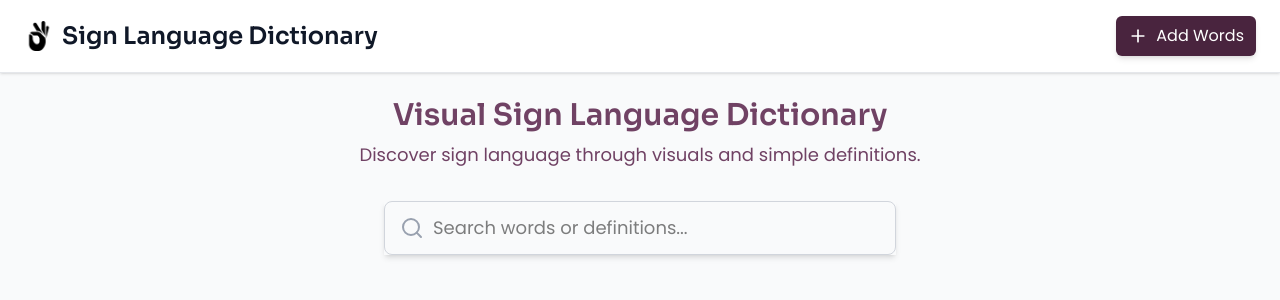
Repository: jabir12-12/sign-setu
Page: /
These files come from the project's save history. The page is drawn as it stood at one moment and after the next save; the edit follows.
The browser window is 1280 px wide. The pictures show the whole page.
The project was rebuilt for these pictures with package versions that can differ from the ones it lists, and the page was loaded fresh each time. The framework's server and built-in components were replaced by stand-ins that run in the browser. Also part of the build but not shown: next.config.ts.

Above is the page before, as saved 2025-05-27 16:25:45.

### app/page.tsx
'use client';
import React from 'react';
import Image from 'next/image';
import { Plus, Search } from 'lucide-react';

export default function StockDashboard() {
  return (
    <div className="bg-gray-50 min-h-screen flex flex-col">
      {/* Header */}
      <header className="sticky top-0 z-10 flex flex-wrap justify-between items-center px-4 md:px-6 py-3 md:py-4 bg-white border-b border-gray-200 shadow-sm">
        {/* Left: Logo & Title */}
        <div className="flex items-center space-x-2 mb-2 md:mb-0 justify-center">
          <Image
            src="/images/ok.png"
            alt="Logo icon"
            width={30}
            height={30}
          />
          <h1 className="text-gray-900 font-semibold text-lg md:text-2xl whitespace-nowrap">
            Sign Language Dictionary
          </h1>
        </div>

        {/* Right: Add Button */}
        <div className="flex items-center gap-2">
          <button className="bg-[#49243E] text-white px-3 py-2 rounded-full md:rounded-md flex items-center justify-center hover:bg-[#704264] transition-colors duration-200 shadow-md hover:shadow-md">
            <Plus className="w-5 h-5" />
            <span className="hidden md:inline ml-2">Add Words</span>
          </button>
        </div>
      </header>

      {/* Centered Search Bar */}
      <div className="text-center mt-6 px-4">
        <h2 className="text-2xl md:text-3xl font-semibold text-[#704264]">
          Visual Sign Language Dictionary
        </h2>
        <p className="text-md md:text-lg text-[#704264] mt-2">
          Discover sign language through visuals and simple definitions.
        </p>
      </div>

      <div className="flex justify-center mt-8 px-4">
        <div className="relative w-full max-w-lg shadow-md">
          <span className="absolute inset-y-0 left-0 pl-4 flex items-center text-gray-400">
            <Search className="w-6 h-6" /> {/* Bigger icon */}
          </span>
          <input
            type="text"
            placeholder="Search words or definitions..."
            className="w-full pl-12 pr-5 py-3 text-lg border border-gray-300 rounded-lg focus:outline-none focus:ring-2 focus:ring-[#BB8493] focus:border-[#BB8493] hover:border-gray-400 transition-all duration-200"
          />
        </div>
      </div>

    </div>
  );
}

### app/globals.css
@import url('https://fonts.googleapis.com/css2?family=Poppins:wght@400;500;600&family=Inter:wght@400;500;600&family=Sora:wght@400;500;600;700;800&display=swap');
@import url('https://fonts.googleapis.com/css2?family=Inter:wght@400;700&display=swap');

@import "tailwindcss";

body {
  background-color: #f7f8fb;
  margin: 0;
  padding: 0;
  font-family: 'Poppins', sans-serif;
  justify-content: center;
  align-items: center;
  height: 100vh;
}

.video-js .vjs-playback-rate {
  font-size: 10px;
  transform: translateY(12px);
  /* Moves the button down by 10px */

}

.heading .head {
  font-family: 'Sora', sans-serif;
  font-size: 24px;
  /* Example size */
  font-weight: 700;
}

/* Example for other headings if needed */
h1,
h2,
h3,
h4,
h5,
h6 {
  font-family: 'Sora', sans-serif;
}

h3 {
  font-size: 18px;
  font-weight: 600;
}

/* Ensure that other text elements use Poppins */
p,
span,
div {
  font-family: 'Poppins', sans-serif;
}

.button {
  outline: none;
}

/* Custom scrollbar styles */

::-webkit-scrollbar {
  width: 7px;
  height: 7px;
}

::-webkit-scrollbar-thumb {
  background-color: rgba(234, 236, 240, 1);
  ;

  border-radius: 100px;
}

::-webkit-scrollbar-track {
  background: "white";

}

/* THIS IS FOR TEXT-EDITOR IN DISSCUSSION TAB --------------------------*/
.custom-quill .ql-container {
  border: none !important;
  /* Remove the border from the container */
}

.custom-quill .ql-editor {
  border: none !important;
  /* Ensure no border around the editor */
}

.custom-quill:focus {
  outline: none;
  /* Remove outline on focus */
}

.custom-quill .ql-editor {
  font-size: 16px;
  /* Set text size to 16px */
  font-family: 'Poppins', sans-serif;
  font-style: normal;
  /* Use the Poppins font */

}

.custom-quill .ql-editor:empty::before {

  /* Show placeholder */
  color: #667085;
  /* Placeholder color */
  font-family: 'Poppins', sans-serif;
  font-style: normal;
  /* Poppins font for placeholder */
  font-size: 16px;
  /* Placeholder size */
  position: absolute;
  /* Position it absolutely */
  left: 10px;
  /* Adjust according to your padding */
  top: 10px;
  /* Adjust according to your padding */
  pointer-events: none;
  /* Prevent interaction */
}

.custom-quill .ql-editor:focus::before {
  display: none;
  /* Hide placeholder on focus */
}

/* -------------------------------------------------- */
/* FOR TOOLTIP FOR TEST PAGE ONLY ->learn Tab */


.tooltipText {
  position: absolute;
  color: white;
  bottom: 125%;
  /* Position above the button */
  left: 50%;
  /* Center horizontally */
  transform: translateX(-50%);
  /* Adjust to center the tooltip */

  z-index: 3;
  background-color: #131313;
  box-shadow: 0 5px 10px rgba(0, 0, 0, 0.3);
  padding: 6px 14px;
  /* Padding inside the tooltip */
  width: 204px;
  /* Fixed width */
  height: auto;
  /* Hug content (height grows with content) */
  min-height: 78px;
  /* Minimum height */
  font-size: 15px;
  font-weight: 400;
  border-radius: 5px;
  white-space: normal;
  /* Allow text wrapping for longer content */
  opacity: 0;
  pointer-events: none;
  transition: all 0.4s ease;
}

.tooltip:hover .tooltipText {
  opacity: 1;
  pointer-events: auto;
  transform: translate(-50%, -10px);
  /* Move tooltip slightly up on hover */
}

.drawer-overlay {
  background-color: transparent !important;
  /* Makes the overlay transparent */
}

/* magic.module.css */
.customCheckbox input[type="checkbox"]:checked {
  background-color: #9012FF;
  border-color: #9012FF;
}

/* Add this to your global CSS file */
.ql-container .ql-editor img {
  cursor: pointer;
}

.image-resizer {
  border: 1px dashed #999;
  position: absolute;
}

.image-resizer .resize-handle {
  background-color: #fff;
  border: 1px solid #999;
  height: 8px;
  width: 8px;
  position: absolute;
}

.image-resizer .resize-handle.se {
  bottom: -5px;
  right: -5px;
  cursor: se-resize;
}

.image-resizer .resize-handle.sw {
  bottom: -5px;
  left: -5px;
  cursor: sw-resize;
}

.image-resizer .resize-handle.ne {
  top: -5px;
  right: -5px;
  cursor: ne-resize;
}

.image-resizer .resize-handle.nw {
  top: -5px;
  left: -5px;
  cursor: nw-resize;
}


@layer base {
  :root {
    --radius: 0.5rem;
    --chart-1: 12 76% 61%;
    --chart-2: 173 58% 39%;
    --chart-3: 197 37% 24%;
    --chart-4: 43 74% 66%;
    --chart-5: 27 87% 67%;
  }

  .dark {
    --chart-1: 220 70% 50%;
    --chart-2: 160 60% 45%;
    --chart-3: 30 80% 55%;
    --chart-4: 280 65% 60%;
    --chart-5: 340 75% 55%;
  }
}

Loaded but not shown: app/layout.tsx (common file)

After the next save:
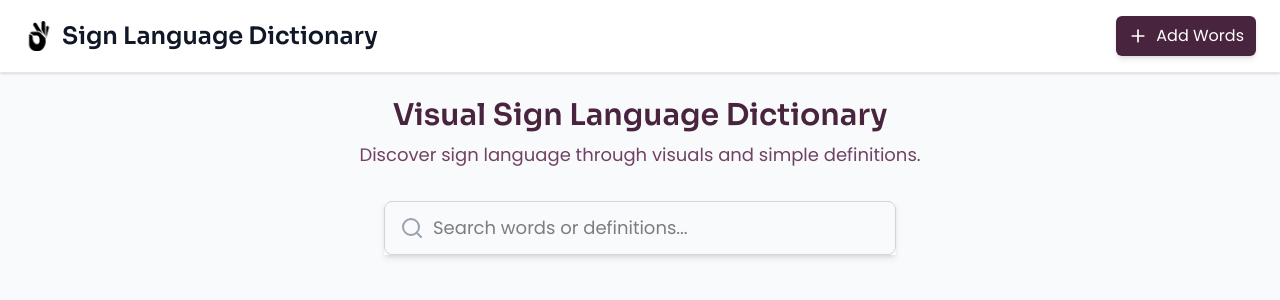
Saved 23 s later.
--- a/app/page.tsx
+++ b/app/page.tsx
@@ -32,7 +32,7 @@ export default function StockDashboard() {
 
       {/* Centered Search Bar */}
       <div className="text-center mt-6 px-4">
-        <h2 className="text-2xl md:text-3xl font-semibold text-[#704264]">
+        <h2 className="text-2xl md:text-3xl font-semibold text-[#49243E]">
           Visual Sign Language Dictionary
         </h2>
         <p className="text-md md:text-lg text-[#704264] mt-2">
